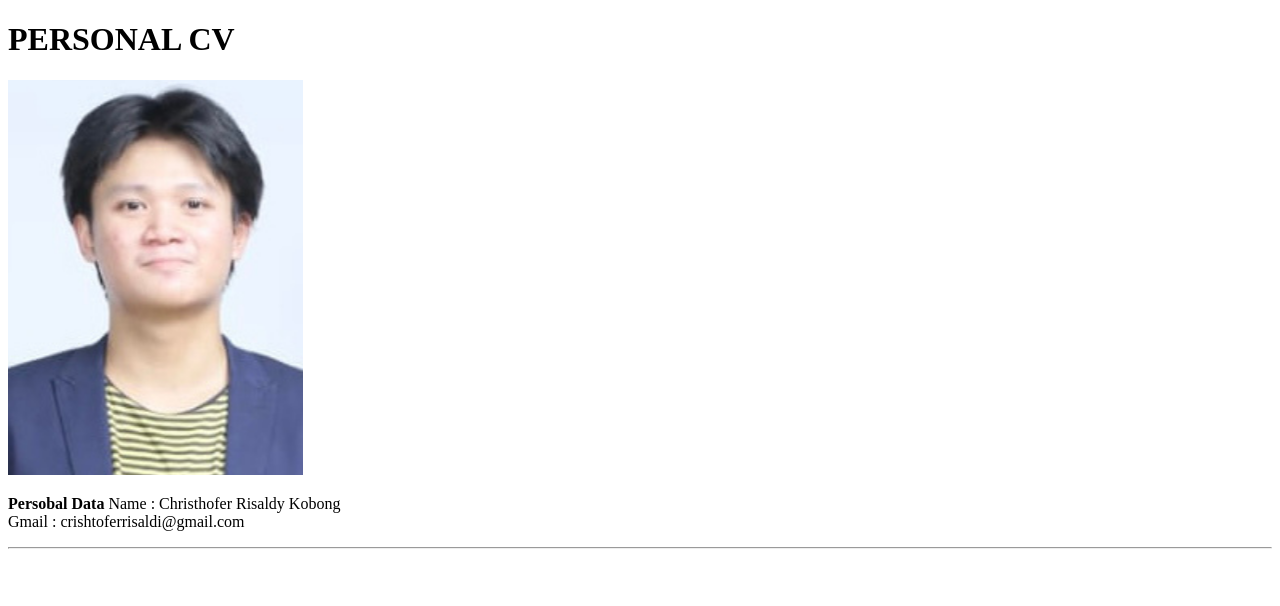
Repository: ChristhoferRisaldy/CVWeb
Page: web.html
An editor plug-in stored every save of this project. The page is shown before and after the next save, followed by the edit.
The browser window is 1280 px wide. The pictures show the whole page.

Above is the page before, as saved 2025-02-21 20:58:33.

### web.html
<!DOCTYPE html>
<html>
    <head>
        <meta name="viewport" content="width=device-width, inital-scale=1">
    </head>
    <body>
        <h1>PERSONAL CV</h1>
        <img src="1.png">
        <p>
            <b>Persobal Data</b>
            Name : Christhofer Risaldy Kobong<br>
            Gmail : crishtoferrisaldi@gmail.com<br>
        </p>
        <hr>
</html>

After the next save:
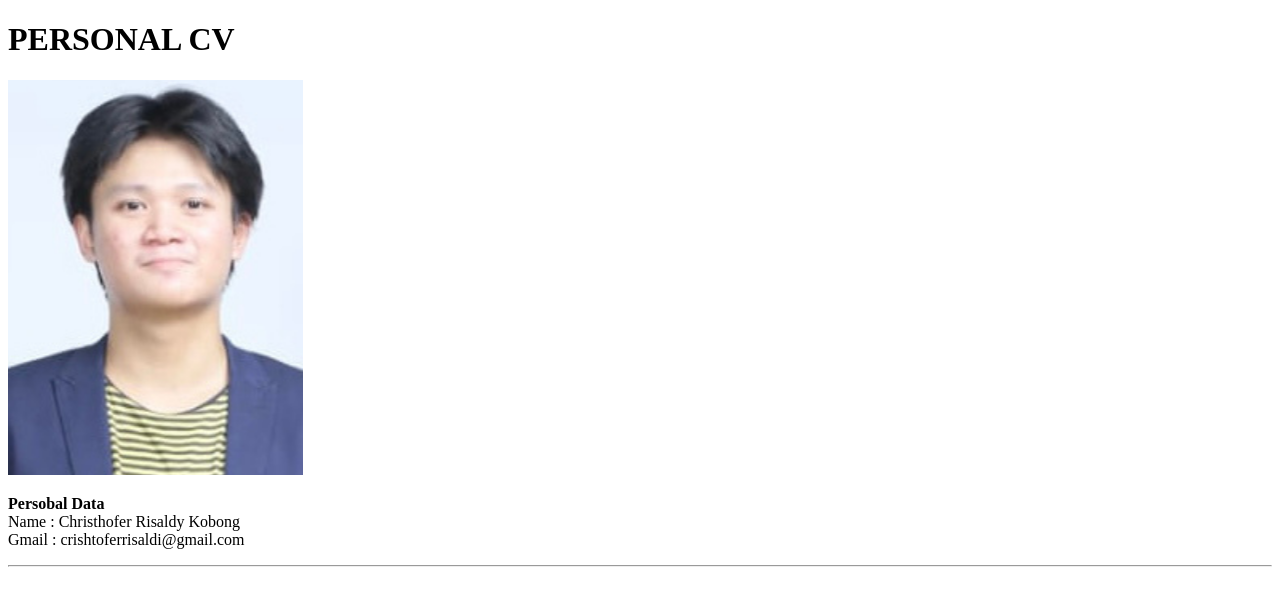
Saved 10 s later.
--- a/web.html
+++ b/web.html
@@ -7,7 +7,7 @@
         <h1>PERSONAL CV</h1>
         <img src="1.png">
         <p>
-            <b>Persobal Data</b>
+            <b>Persobal Data</b><br>
             Name : Christhofer Risaldy Kobong<br>
             Gmail : crishtoferrisaldi@gmail.com<br>
         </p>
